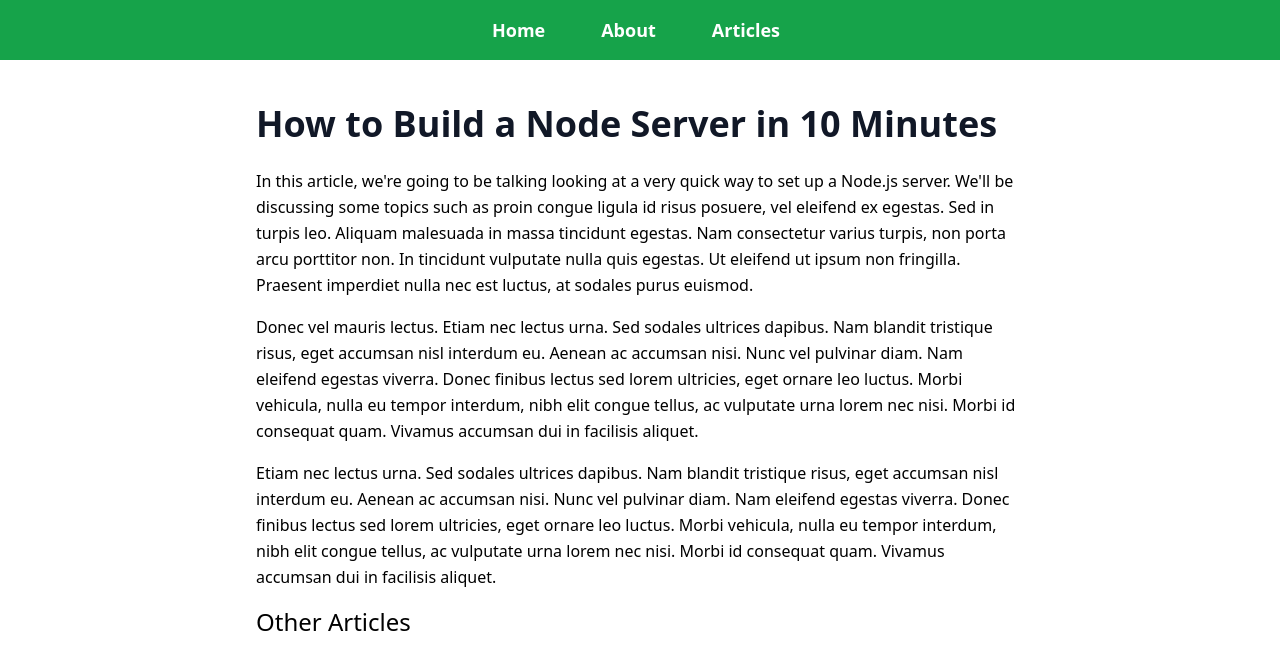
Repository: ymw0331/blog-mern-webapp
Page: /article/learn-node (app in client/)
These files come from the project's save history. The page is drawn as it stood at one moment and after a run of saves; the edit follows.
The browser window is 1280 px wide. The pictures show the whole page.
The project was rebuilt for these pictures with package versions that can differ from the ones it lists, and the page was loaded fresh each time. Also part of the build but not shown: client/src/pages/Home.js, client/src/pages/About.js, client/src/components/Articles.js, client/src/pages/ArticlesList.js.

Above is the page before, as saved 2022-12-10 21:39:20.

After the next 6 saves:
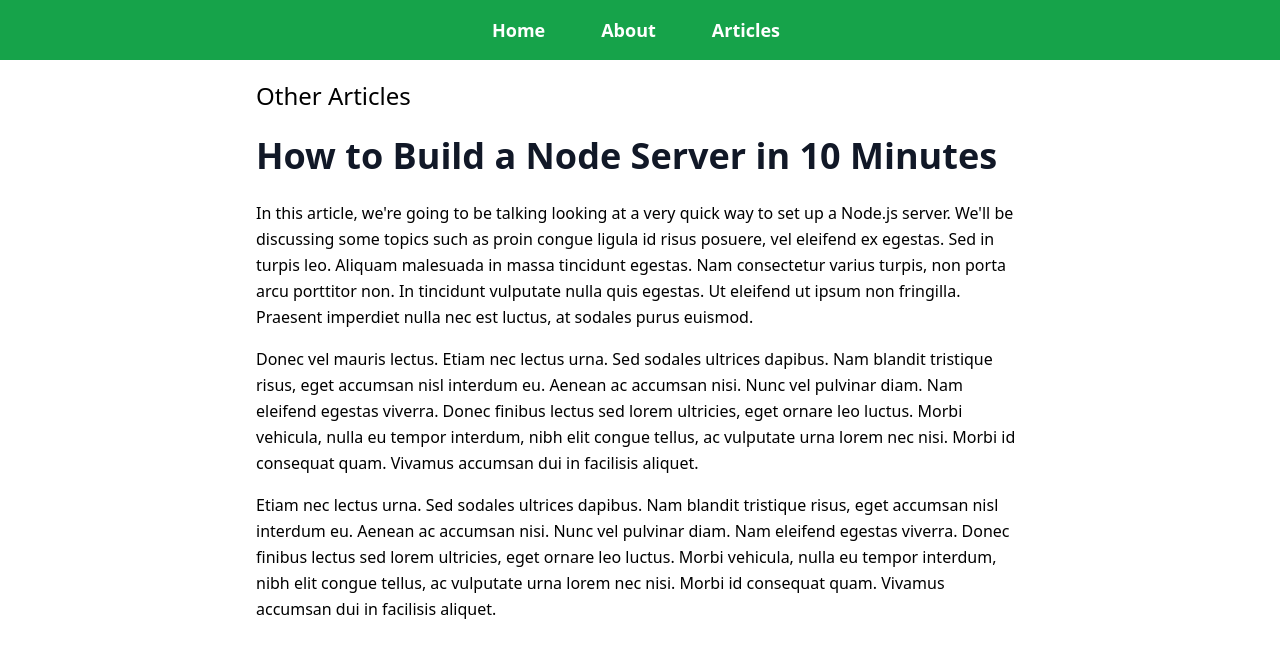
The 6 saves are shown as one change because 1 did not build or start and some came seconds apart.
The last was saved 2 min 6 s later.
--- a/client/src/pages/Article.js
+++ b/client/src/pages/Article.js
@@ -9,6 +9,8 @@
 
   return (
     <>
+      <h1 className='sm:text-2xl '>Other Articles</h1>
+
       <h1 className='sm:text-4xl text-2xl font-bold my-6 text-gray-900'>
         {article.title}
       </h1>
@@ -18,8 +20,6 @@
           {paragraph}
         </p>
       ))}
-
-      <h1 className='sm:text-2xl '>Other Articles</h1>
     </>
   );
 };

After the 3 saves that followed:
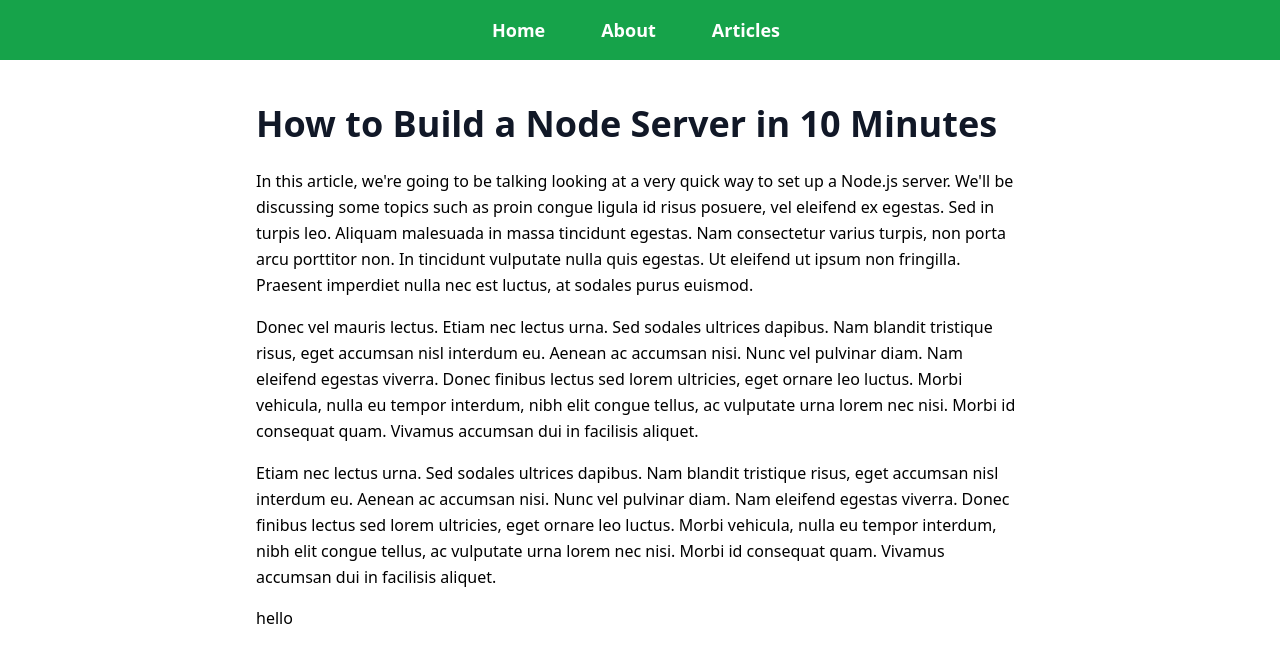
The 3 saves are shown as one change because they came seconds apart.
The last was saved 16 s later.
--- a/client/src/pages/Article.js
+++ b/client/src/pages/Article.js
@@ -9,8 +9,6 @@
 
   return (
     <>
-      <h1 className='sm:text-2xl '>Other Articles</h1>
-
       <h1 className='sm:text-4xl text-2xl font-bold my-6 text-gray-900'>
         {article.title}
       </h1>
@@ -20,6 +18,7 @@
           {paragraph}
         </p>
       ))}
+      <h1>hello</h1>
     </>
   );
 };
